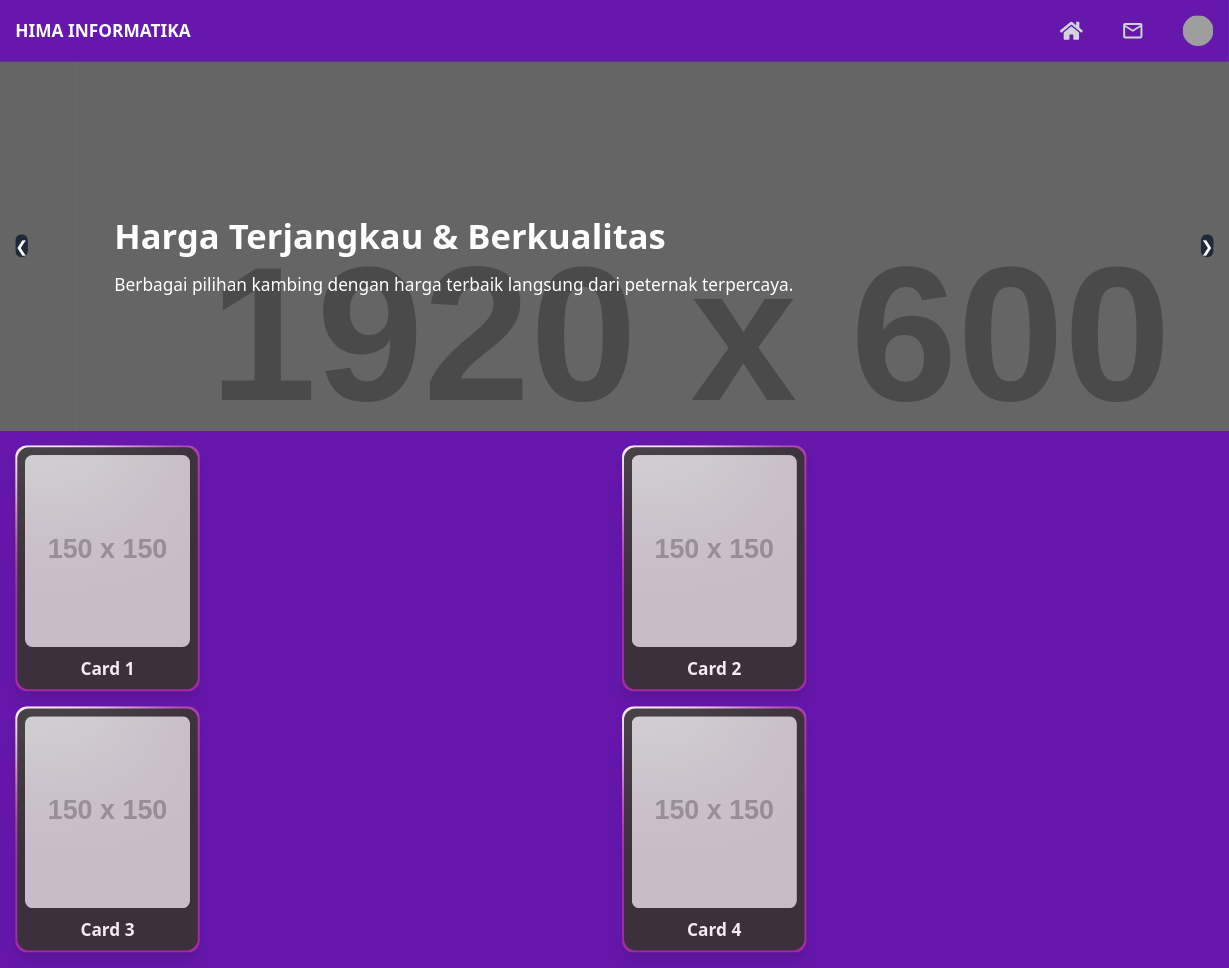
Repository: MUHAMADTEGARWIJAYA/himaif
Page: /
The author's editor kept a copy of each file at every save. The page is drawn from the files as they stood at one save, then again after the next save.
The browser window is 1280 px wide. The pictures show the whole page, at 96% of full size.
Pictures or frames that could not be fetched are drawn as grey boxes. The project was rebuilt for these pictures with package versions that can differ from the ones it lists, and the page was loaded fresh each time. Also part of the build but not shown: vite.config.js.

Above is the page before, as saved 2024-12-21 12:46:15.

After the next save:
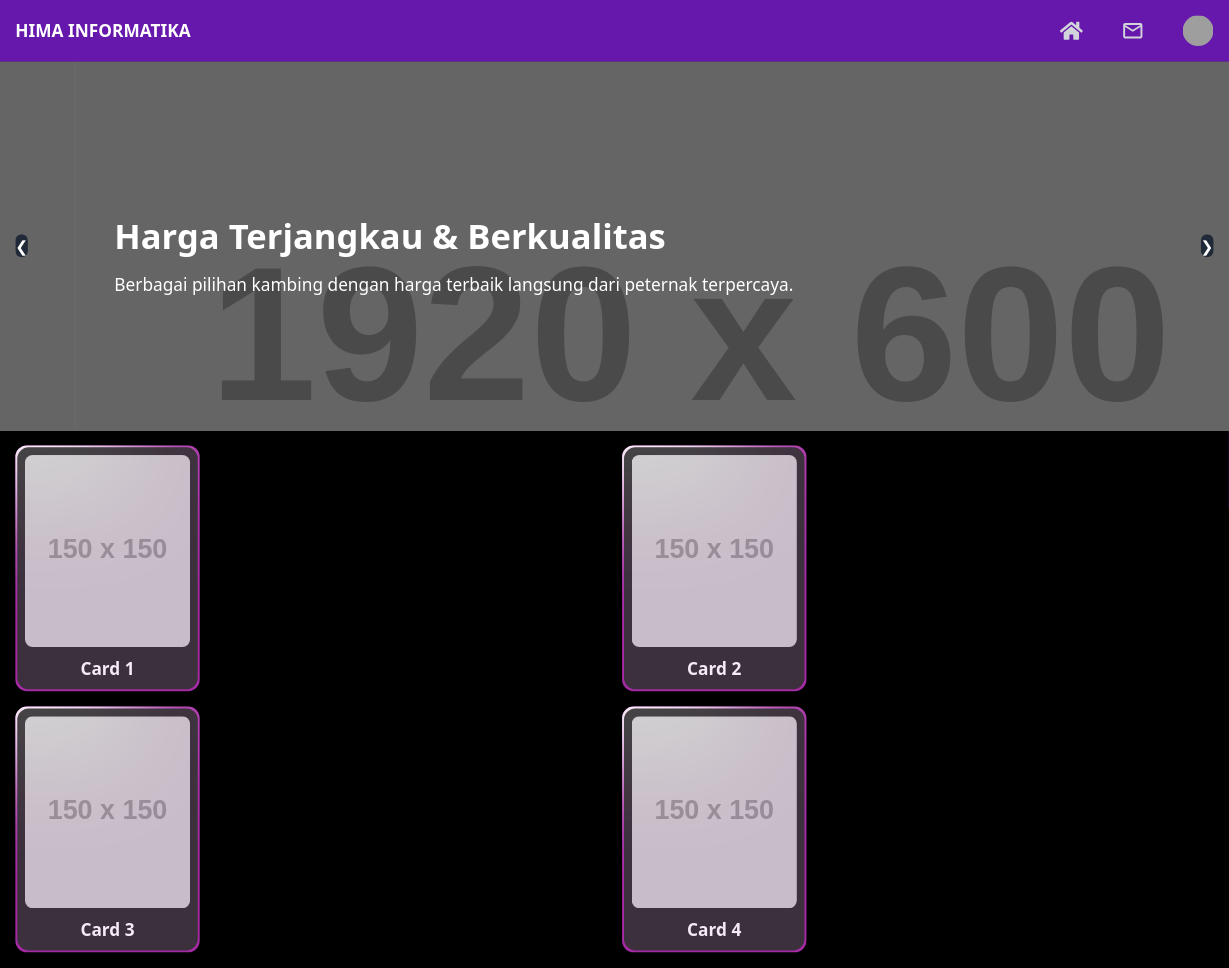
Saved 14 s later.
--- a/src/pages/Members.jsx
+++ b/src/pages/Members.jsx
@@ -43,7 +43,7 @@ const App = () => {
   ];
 
   return (
-    <div className="grid grid-cols-2 gap-4 p-4">
+    <div className="grid grid-cols-2 bg-black gap-4 p-4">
       {cards.map((card, index) => (
         <Card key={index} title={card.title} image={card.image} />
       ))}
